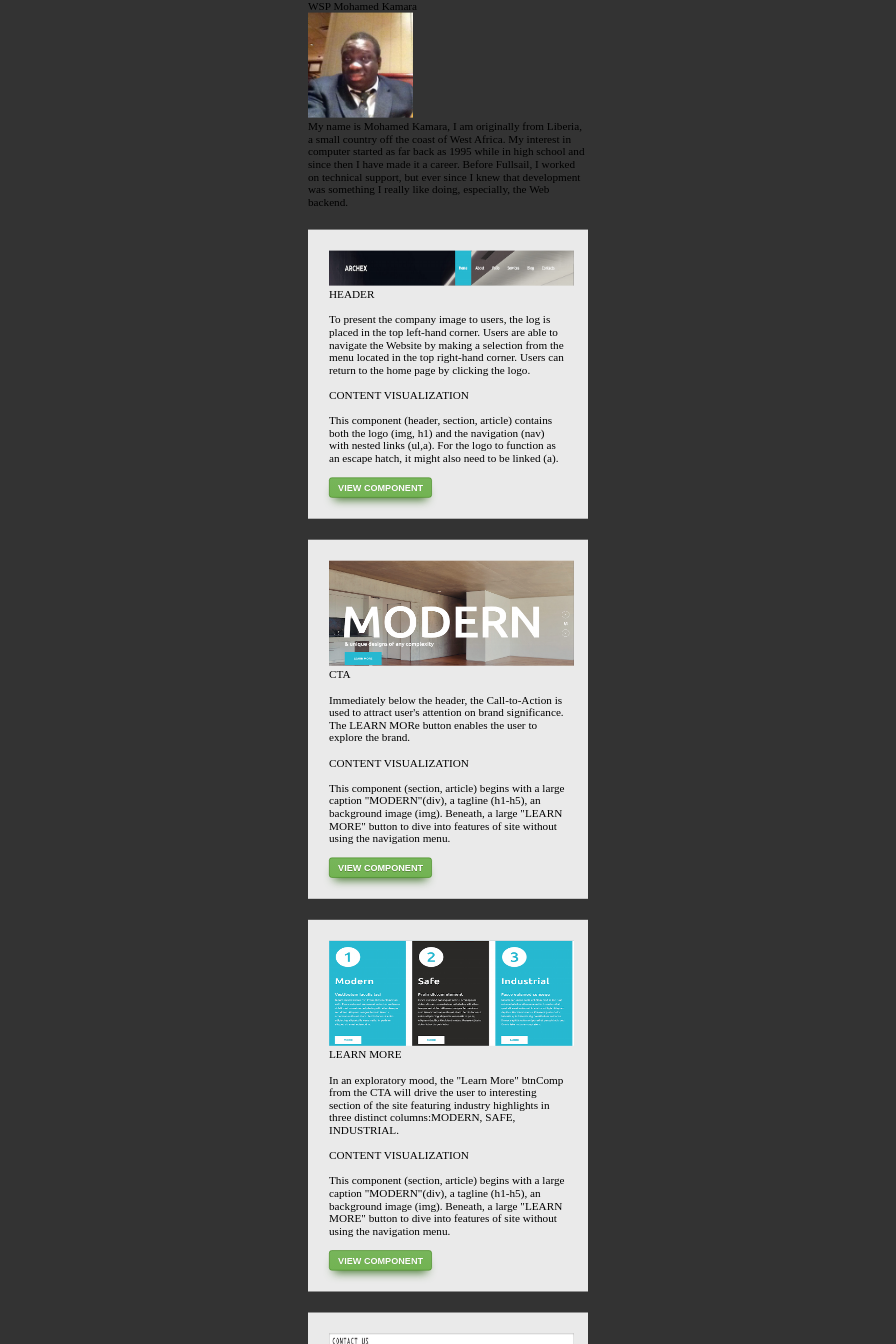
Repository: makamara/WSP_Project
Page: wsp/index.html
An editor plug-in stored every save of this project. The page is shown before and after the next save, followed by the edit.
The browser window is 1280 px wide. The pictures show the part of the page from y = 0 to 1920 px (the page is 2368 px tall before and 2580 px after), at 70% of full size.

Above is the page before, as saved 2015-09-15 18:16:42.

After the next save:
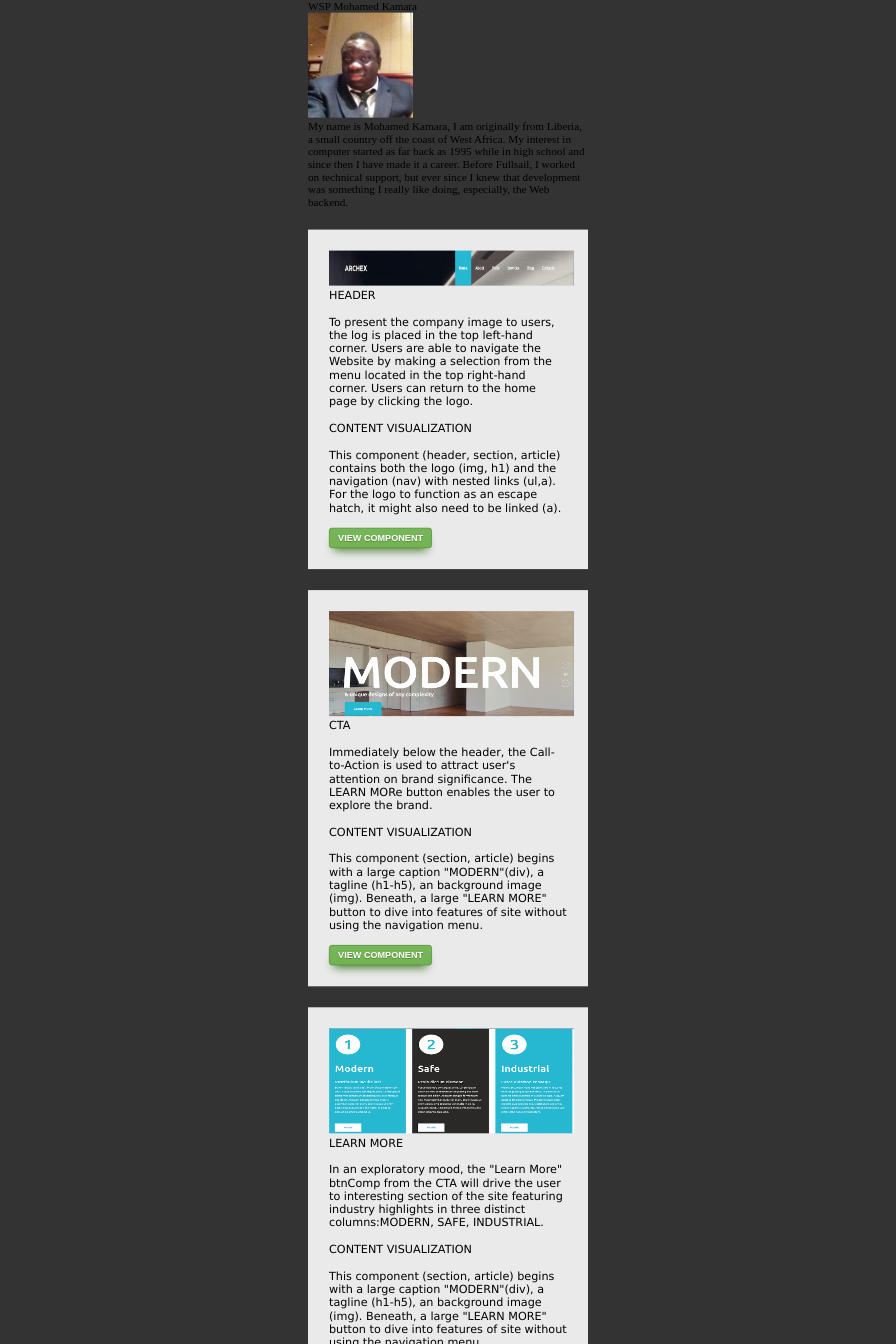
Saved 34 s later.
--- a/wsp/css/main.css
+++ b/wsp/css/main.css
@@ -20,6 +20,7 @@ article {
     background: #eaeaea;
     padding: 30px;
     margin: 30px 0;
+    font-family: Verdana, Arial, Helvetica, sans-serif;
 }
 
 /* View Component button ============================== */
